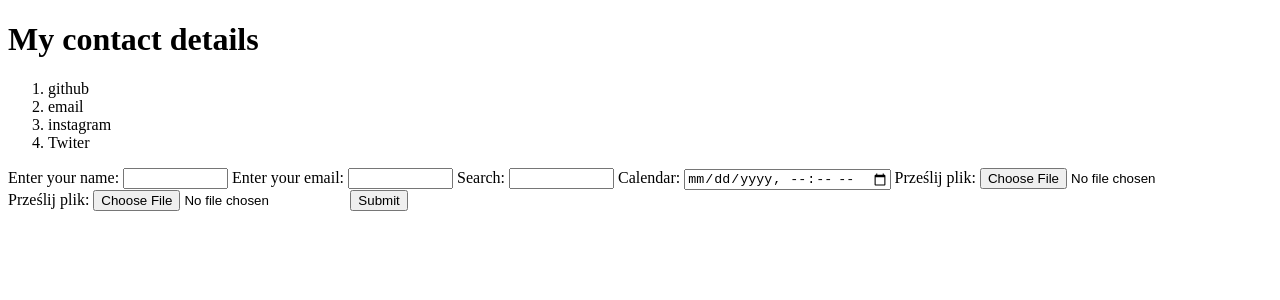
Repository: ew-code/Web-Development
Page: HTML - Personal Site/contact.html
An editor plug-in stored every save of this project. The page is shown before and after a run of saves, followed by the edit.
The browser window is 1280 px wide. The pictures show the whole page.

Above is the page before, as saved 2021-01-04 23:26:33.

### HTML - Personal Site/contact.html
<!DOCTYPE html>
<html lang="en">

<head>
  <meta charset="UTF-8">
  <meta name="viewport" content="width=device-width, initial-scale=1.0">
  <meta http-equiv="X-UA-Compatible" content="ie=edge">
  <title>Contact me</title>
</head>

<body>
  <h1>My contact details</h1>
  <ol>
    <li>github</li>
    <li>email</li>
    <li>instagram</li>
    <li>Twiter</li>
  </ol>

  <form class="" action="index.html" method="post">
    <label for="name">Enter your name:</label>
    <input type="text" name="name" id="name" minlength="4" maxlength="50" size="10">
    <label for="email">Enter your email:</label>
    <input type="email" name="email" id="email" minlength="4" maxlength="50" size="10">
    <label for="Search">Search:</label>
    <input type="search" name="search" id="search" minlength="4" maxlength="50" size="10">
    <label for="Calendar">Calendar:</label>
    <input type="datetime-local" name="Calendar" id="search" minlength="4" maxlength="50" size="10">
    <label for="file">Prześlij plik:</label>
    <input type="file" name="file" id="file" accept="image/png, image/jpeg">
     <label for="radio">Prześlij plik:</label>
      <input type="file" name="file" id="file" accept="image/png, image/jpeg">
    <input type="submit">
  </form>

</body>

</html>

After the next 4 saves:
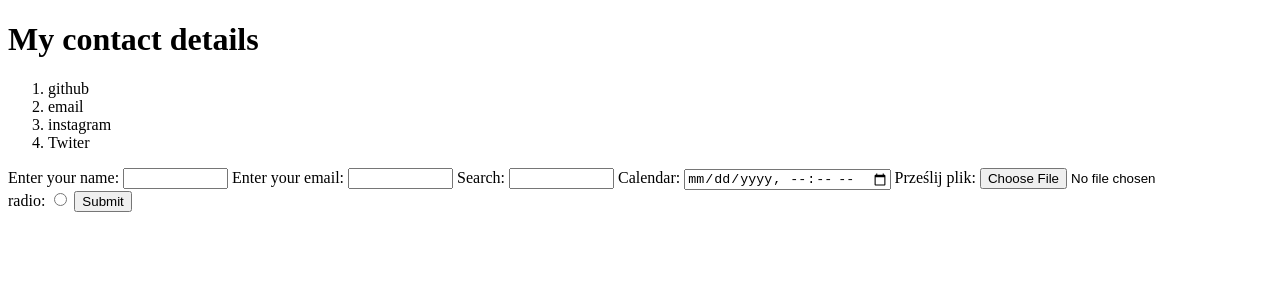
The 4 saves are shown as one change because they came seconds apart.
The last was saved 14 s later.
--- a/HTML - Personal Site/contact.html
+++ b/HTML - Personal Site/contact.html
@@ -28,8 +28,8 @@
     <input type="datetime-local" name="Calendar" id="search" minlength="4" maxlength="50" size="10">
     <label for="file">Prześlij plik:</label>
     <input type="file" name="file" id="file" accept="image/png, image/jpeg">
-     <label for="radio">Prześlij plik:</label>
-      <input type="file" name="file" id="file" accept="image/png, image/jpeg">
+     <label for="radio">radio:</label>
+      <input type="radio" name="radio" id="radio" accept="image/png, image/jpeg">
     <input type="submit">
   </form>
 
